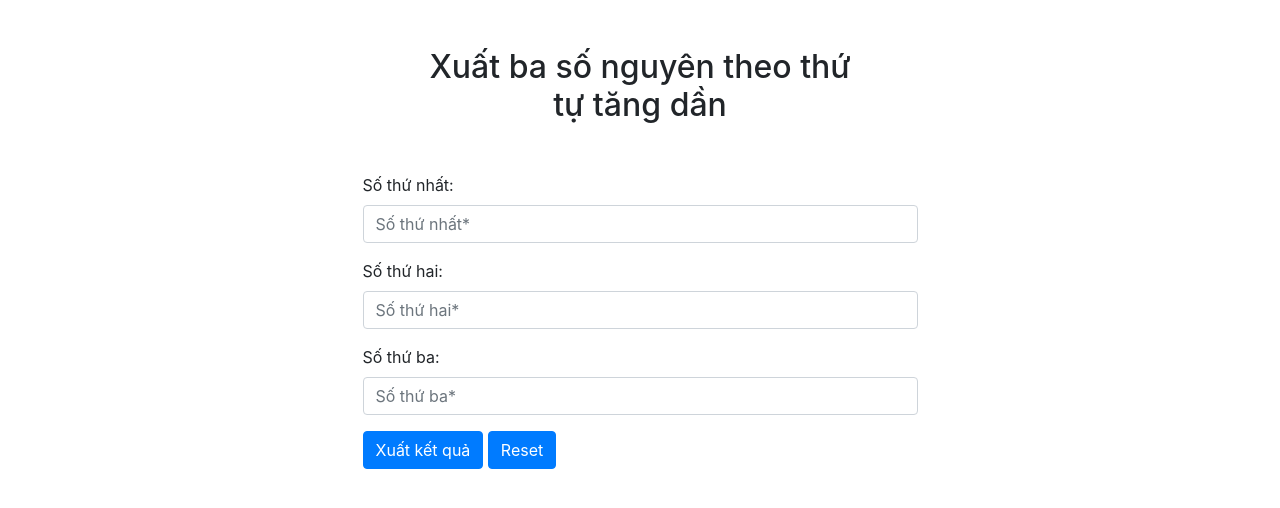
Repository: dovanthao2404/BC14_BaiTap_JS_Buoi_4_dovanthao
Page: html/bai4.html
These files come from the project's save history. The page is drawn as it stood at one moment and after the next save; the edit follows.
The browser window is 1280 px wide. The pictures show the whole page.

Above is the page before, as saved 2021-07-02 22:56:41.

### html/bai4.html
<!DOCTYPE html>
<html lang="en">

<head>
  <meta charset="UTF-8">
  <meta http-equiv="X-UA-Compatible" content="IE=edge">
  <meta name="viewport" content="width=device-width, initial-scale=1.0">
  <title>Document</title>

  <!-- BS4 -->
  <link rel="stylesheet" href="https://cdn.jsdelivr.net/npm/bootstrap@4.6.0/dist/css/bootstrap.min.css"
    integrity="sha384-B0vP5xmATw1+K9KRQjQERJvTumQW0nPEzvF6L/Z6nronJ3oUOFUFpCjEUQouq2+l" crossorigin="anonymous">
</head>

<body>
  <div class="container">
    <form class="w-50 mx-auto">
      <h2 class="text-center px-5 my-5">Xuất ba số nguyên theo thứ tự tăng dần</h2>
      <div class="form-group">
        <label for="edge-1">Số thứ nhất: </label>
        <input type="text" name="" id="edge-1" class="form-control" placeholder="Số thứ nhất*">
      </div>
      <div class="form-group">
        <label for="edge-2">Số thứ hai: </label>
        <input type="text" name="" id="edge-2" class="form-control" placeholder="Số thứ hai*">
      </div>
      <div class="form-group">
        <label for="edge-3">Số thứ ba: </label>
        <input type="text" name="" id="edge-3" class="form-control" placeholder="Số thứ ba*">
      </div>
      <button type="button" class="btn btn-primary" id="btnResult">Xuất kết quả</button>
      <button type="reset" class="btn btn-primary">Reset</button>
      <div class='mt-3'>
        <h2 id="result"></h2>
      </div>
    </form>
    <script src="../js/bai1.js"></script>
  </div>
</body>

</html>

### js/bai1.js
function handlerSortIncrease() {
  var number1 = document.getElementById('number-1').value;
  var number2 = document.getElementById('number-2').value;
  var number3 = document.getElementById('number-3').value;

  var coNhap = checkLength(number1);
  var coNhap1 = checkLength(number2);
  var coNhap2 = checkLength(number3);

  if (coNhap && coNhap1 && coNhap2) {

    var a = +number1;
    var b = +number2;
    var c = +number3;

    if (!isNaN(a) && !isNaN(b) && !isNaN(c)) {

      if (a % 1 !== 0 || b % 1 !== 0 || c % 1 !== 0) {
        notificationFail('Vui lòng nhập số nguyên.');
      } else {
        if (a <= b && b <= c) {
          outputResult(a, b, c);
        } else if (a <= c && c <= b) {
          outputResult(a, c, b);
        } else if (b <= a && a <= c) {
          outputResult(b, a, c)
        } else if (b <= c && c <= a) {
          outputResult(b, c, a);
        } else if (c <= a && a <= b) {
          outputResult(c, a, b);
        } else {
          outputResult(c, b, a);
        }
      }
    } else {
      notificationFail("Vui lòng nhập đúng giá trị.");
    }
  }
}

document.getElementById('btnResult').addEventListener('click', function () {
  handlerSortIncrease();
})

function outputResult(min, mid, max) {
  var result = document.getElementById('result');
  result.innerHTML = `Sắp xếp tăng dần ${min} ${mid} ${max}`
}
function notificationFail(thongBao) {
  var result = document.getElementById('result');
  result.innerHTML = thongBao;
}


function checkLength(a) {
  if (a === '') {
    notificationFail("Vui lòng nhập giá trị.");
    return false;
  }
  return true;
}

After the next save:
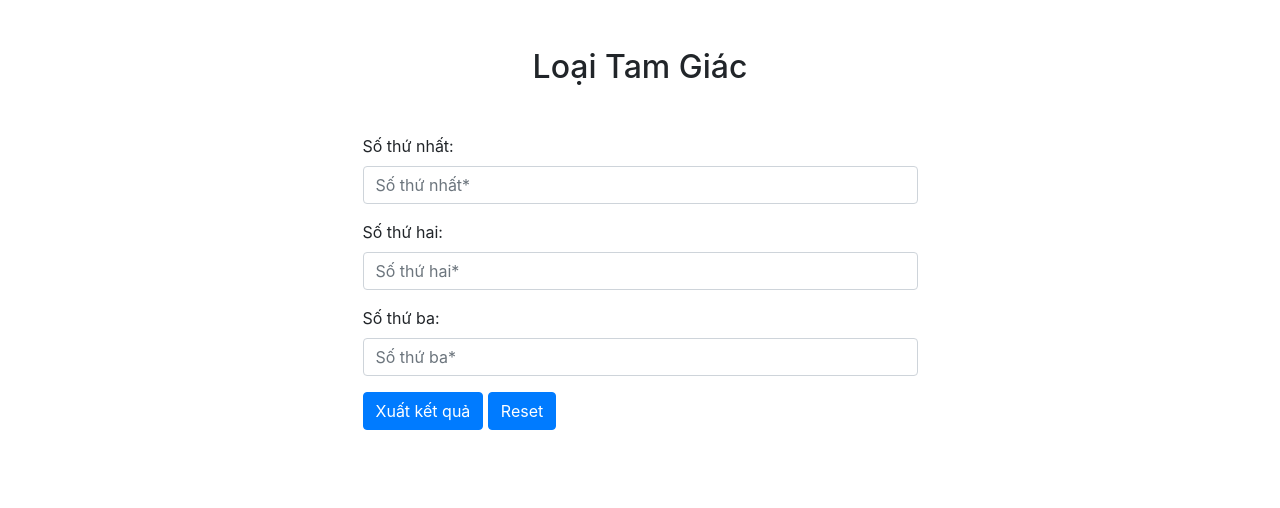
Saved 18 s later.
--- a/html/bai4.html
+++ b/html/bai4.html
@@ -15,7 +15,7 @@
 <body>
   <div class="container">
     <form class="w-50 mx-auto">
-      <h2 class="text-center px-5 my-5">Xuất ba số nguyên theo thứ tự tăng dần</h2>
+      <h2 class="text-center px-5 my-5">Loại Tam Giác</h2>
       <div class="form-group">
         <label for="edge-1">Số thứ nhất: </label>
         <input type="text" name="" id="edge-1" class="form-control" placeholder="Số thứ nhất*">
